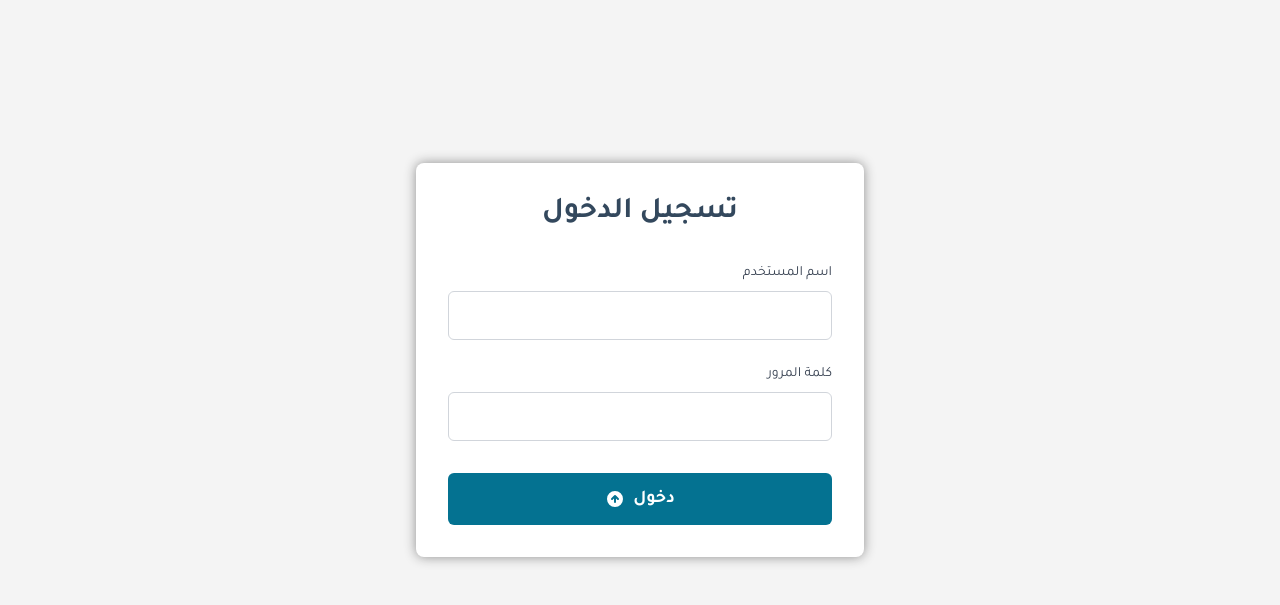
Repository: aseel99/sunduqi
Page: / (app in sunduqi-frontend/)
These files come from the project's save history. The page is drawn as it stood at one moment and after the next save; the edit follows.
The browser window is 1280 px wide. The pictures show the whole page.
The project was rebuilt for these pictures with package versions that can differ from the ones it lists, and the page was loaded fresh each time. Also part of the build but not shown: sunduqi-frontend/vite.config.js, sunduqi-frontend/src/pages/NotFound.jsx, sunduqi-frontend/src/pages/Dashboard.jsx, sunduqi-frontend/src/pages/Opening.jsx, sunduqi-frontend/src/pages/ChooseVoucher.jsx, sunduqi-frontend/src/pages/Receipt.jsx, sunduqi-frontend/src/pages/Disbursement.jsx, sunduqi-frontend/src/pages/VoucherDetails.jsx and 12 more.

Above is the page before, as saved 2025-06-16 00:58:34.

### sunduqi-frontend/index.html
<!doctype html>
<html lang="en">
  <head>
    <meta charset="UTF-8" />
    <link rel="icon" type="image/png" href="./src/assets/eshalabi-logo.png" />
    <link href="https://fonts.googleapis.com/css2?family=Tajawal:wght@400;700&display=swap" rel="stylesheet">
    <meta name="viewport" content="width=device-width, initial-scale=1.0" />
    <title>صندوقي</title>
  </head>
  <body>
    <div id="root"></div>
    <script type="module" src="/src/main.jsx"></script>
  </body>
</html>

### sunduqi-frontend/src/main.jsx
import React from 'react';
import ReactDOM from 'react-dom/client';
import App from './App';
import { AuthProvider } from './auth/AuthContext';
import { ToastContainer } from 'react-toastify';
import 'react-toastify/dist/ReactToastify.css';
import './styles/index.css'; // Make sure this is imported

ReactDOM.createRoot(document.getElementById('root')).render(
  <React.StrictMode>
    <AuthProvider>
      <App />
      <ToastContainer position="top-right" autoClose={3000} />
    </AuthProvider>
  </React.StrictMode>
);

### sunduqi-frontend/src/App.jsx
import { BrowserRouter, Routes, Route } from 'react-router-dom';
import Login from './pages/Login';
import NotFound from './pages/NotFound';
import Dashboard from './pages/Dashboard';
import Opening from './pages/Opening';
import ChooseVoucher from './pages/ChooseVoucher';
import Receipt from './pages/Receipt';
import Disbursement from './pages/Disbursement';
import VoucherDetails from './pages/VoucherDetails';
import CashDelivery from './pages/CashDelivery';
import AdminVouchers from './pages/AdminVouchers';
import Matching from './pages/Matching';
import AdminCollection from './pages/AdminCollection';
import AdminPending from './pages/AdminPending';
import AdminSummary from './pages/AdminSummary';
import AdminFinanceSummary from './pages/AdminFinanceSummary';
import Notifications from './pages/Notifications';
import UserManagement from './pages/UserManagement';
import Layout from './components/Layout';
import PrivateRoute from './components/PrivateRoute';

function App() {
  console.log('User in App:', localStorage.getItem('user'));
  return (
    <BrowserRouter>
      <Routes>
        <Route path="/login" element={<Login />} />
        <Route path="/test" element={<div>Hello</div>} />

        {/* Protected Layout for logged-in users */}
        <Route element={<PrivateRoute />}>
          <Route element={<Layout />}>
            <Route path="/" element={<Dashboard />} />
            <Route path="/opening" element={<Opening />} />
            <Route path="/vouchers" element={<ChooseVoucher />} />
            <Route path="/receipt" element={<Receipt />} />
            <Route path="/receipt/:id" element={<VoucherDetails />} />
            <Route path="/disbursement" element={<Disbursement />} />
            <Route path="/disbursement/:id" element={<VoucherDetails />} />
            <Route path="/cash-delivery" element={<CashDelivery />} />
            <Route path="/matching" element={<Matching />} />
            <Route path="/notifications" element={<Notifications />} />

            {/* Admin-only routes */}
            <Route element={<PrivateRoute allowedRoles={["admin"]} />}>
              <Route path="/admin/vouchers" element={<AdminVouchers />} />
              <Route path="/admin/collection" element={<AdminCollection />} />
              <Route path="/admin/matching" element={<Matching />} />
              <Route path="/admin/finance-summary" element={<AdminFinanceSummary />} /> {/* ملخص المقبوضات والمصروفات */}
              <Route path="/admin/pending" element={<AdminPending />} />
              <Route path="/admin/users" element={<UserManagement />} />
              <Route path="/admin/summary" element={<AdminSummary />} />
            </Route>
          </Route>
        </Route>

        <Route path="*" element={<NotFound />} />
      </Routes>
    </BrowserRouter>
  );
}

export default App;

### sunduqi-frontend/src/auth/AuthContext.jsx
import { createContext, useContext, useState, useEffect } from 'react';

const AuthContext = createContext();

export function AuthProvider({ children }) {
  const [user, setUser] = useState(() => {
    const saved = localStorage.getItem('user');
    return saved ? JSON.parse(saved) : null;
  });

  const login = (data) => {
    setUser(data.user);
    localStorage.setItem('user', JSON.stringify(data.user));
    localStorage.setItem('token', data.token);
  };

  const logout = () => {
    setUser(null);
    localStorage.removeItem('user');
    localStorage.removeItem('token');
  };

  return (
    <AuthContext.Provider value={{ user, login, logout }}>
      {children}
    </AuthContext.Provider>
  );
}

export const useAuth = () => useContext(AuthContext);

### sunduqi-frontend/src/styles/index.css
@tailwind base;
@tailwind components;
@tailwind utilities;

body {
  direction: rtl;
  @apply bg-graylight text-secondary font-arabic text-sm leading-relaxed;
}

input, select, textarea {
  @apply border border-bordergray rounded px-3 py-2 bg-white focus:outline-none focus:ring-2 focus:ring-primary transition;
}

button {
  @apply font-semibold transition duration-150 ease-in-out rounded px-4 py-2;
}

.btn-primary {
  @apply bg-primary text-white hover:bg-accent;
}

.btn-secondary {
  @apply bg-gray-200 text-secondary hover:bg-gray-300;
}

.heading {
  @apply text-lg font-bold text-secondary mb-2;
}

.card {
  @apply bg-white p-4 rounded-xl shadow-card;
}

table {
  @apply w-full border text-right text-sm;
}
th {
  @apply bg-gray-100 border px-2 py-2 text-secondary;
}
td {
  @apply border px-2 py-2;
}
tr:hover {
  @apply bg-gray-50;
}

### sunduqi-frontend/src/pages/Login.jsx
import { useState } from 'react';
import { useNavigate } from 'react-router-dom';
import { useAuth } from '../auth/AuthContext';
import axios from '../api/axios';

export default function Login() {
  // State for input fields
  const [username, setUsername] = useState('');
  const [password, setPassword] = useState('');

  // Access login function from auth context
  const { login } = useAuth();

  // Router hook for redirecting after login
  const navigate = useNavigate();

  // State to handle login errors
  const [error, setError] = useState('');

  // Handle login form submission
  const handleLogin = async (e) => {
    e.preventDefault();
    setError('');

    try {
      const res = await axios.post('/auth/login', { username, password });
      login(res.data); // Save token and user
      navigate('/');   // Redirect to homepage after successful login
    } catch (err) {
      setError('فشل تسجيل الدخول. تحقق من البيانات.');
    }
  };

  return (
    <div
      className="min-h-screen flex items-center justify-center bg-[#f4f4f4] text-gray-900 font-[Tajawal] px-4"
      dir="rtl"
    >
      <form
        onSubmit={handleLogin}
        className="w-full max-w-md bg-white rounded-lg shadow-[0_0_12px_#8e8e8e] p-8"
      >
        {/* Title */}
        <h2 className="text-3xl font-bold mb-8 text-center text-[#33485d]">
          تسجيل الدخول
        </h2>

        {/* Error message if login fails */}
        {error && (
          <div className="mb-6 p-3 bg-red-100 text-red-700 rounded-lg text-sm flex items-center">
            <svg
              xmlns="http://www.w3.org/2000/svg"
              className="h-5 w-5 ml-2"
              viewBox="0 0 20 20"
              fill="currentColor"
            >
              <path
                fillRule="evenodd"
                d="M18 10a8 8 0 11-16 0 8 8 0 0116 0zm-7 4a1 1 0 11-2 0 1 1 0 012 0zm-1-9a1 1 0 00-1 1v4a1 1 0 102 0V6a1 1 0 00-1-1z"
                clipRule="evenodd"
              />
            </svg>
            {error}
          </div>
        )}

        {/* Username Field */}
        <div className="mb-6">
          <label className="block mb-2 text-sm font-medium text-gray-700">
            اسم المستخدم
          </label>
          <input
            type="text"
            className="w-full px-4 py-3 border border-gray-300 rounded-md focus:outline-none focus:ring-2 focus:ring-[#047291] focus:border-transparent"
            value={username}
            onChange={(e) => setUsername(e.target.value)}
            required
          />
        </div>

        {/* Password Field */}
        <div className="mb-8">
          <label className="block mb-2 text-sm font-medium text-gray-700">
            كلمة المرور
          </label>
          <input
            type="password"
            className="w-full px-4 py-3 border border-gray-300 rounded-md focus:outline-none focus:ring-2 focus:ring-[#047291] focus:border-transparent"
            value={password}
            onChange={(e) => setPassword(e.target.value)}
            required
          />
        </div>

        {/* Login Button */}
        <button
          type="submit"
          className="w-full bg-[#047291] hover:bg-[#03627a] text-white font-bold py-3 px-4 rounded-md transition duration-300 flex items-center justify-center text-lg"
        >
          <span>دخول</span>
          <svg
            xmlns="http://www.w3.org/2000/svg"
            className="h-5 w-5 mr-2"
            viewBox="0 0 20 20"
            fill="currentColor"
          >
            <path
              fillRule="evenodd"
              d="M10 18a8 8 0 100-16 8 8 0 000 16zm3.707-8.707l-3-3a1 1 0 00-1.414 0l-3 3a1 1 0 001.414 1.414L9 9.414V13a1 1 0 102 0V9.414l1.293 1.293a1 1 0 001.414-1.414z"
              clipRule="evenodd"
            />
          </svg>
        </button>
      </form>
    </div>
  );
}

### sunduqi-frontend/src/components/PrivateRoute.jsx
import { Navigate, Outlet } from 'react-router-dom';
import { useAuth } from '../auth/AuthContext';

export default function PrivateRoute({ allowedRoles = [] }) {
  const { user } = useAuth();
  console.log('PrivateRoute: user =', user);

  if (!user) return <Navigate to="/login" replace />;
  if (allowedRoles.length > 0 && !allowedRoles.includes(user.role)) {
    return <Navigate to="/" replace />;
  }

  return <Outlet />;
}

### sunduqi-frontend/src/api/axios.js
import axios from 'axios';

const instance = axios.create({
  baseURL: 'http://localhost:3001/api',
  withCredentials: true
});

// Attach token
instance.interceptors.request.use((config) => {
  const token = localStorage.getItem('token');
  if (token) {
    config.headers.Authorization = `Bearer ${token}`;
  }
  return config;
});

export default instance;

### sunduqi-frontend/tailwind.config.js
/** @type {import('tailwindcss').Config} */
module.exports = {
  content: [
    './index.html',
    './src/**/*.{js,jsx,ts,tsx}',
  ],
  theme: {
    extend: {
      colors: {
        primary: '#F5C700',         // الأصفر المميز لشعار eshalabi
        secondary: '#333333',       // رمادي داكن للنصوص
        accent: '#E5B600',          // لون أصفر أغمق للـ hover
        graylight: '#F9FAFB',       // خلفية ناعمة جداً
        bordergray: '#E5E7EB',      // لون للحدود والفواصل
        muted: '#9CA3AF',           // رمادي للنصوص الثانوية
        danger: '#EF4444',          // أحمر للتنبيهات
        success: '#10B981',         // أخضر للحالات الناجحة
      },
      fontFamily: {
        arabic: ['Tajawal', 'sans-serif'],
      },
      boxShadow: {
        card: '0 1px 3px rgba(0,0,0,0.05), 0 4px 6px rgba(0,0,0,0.1)',
      },
      borderRadius: {
        xl: '1rem',
      },
    },
  },
  plugins: [],
}

After the next save:
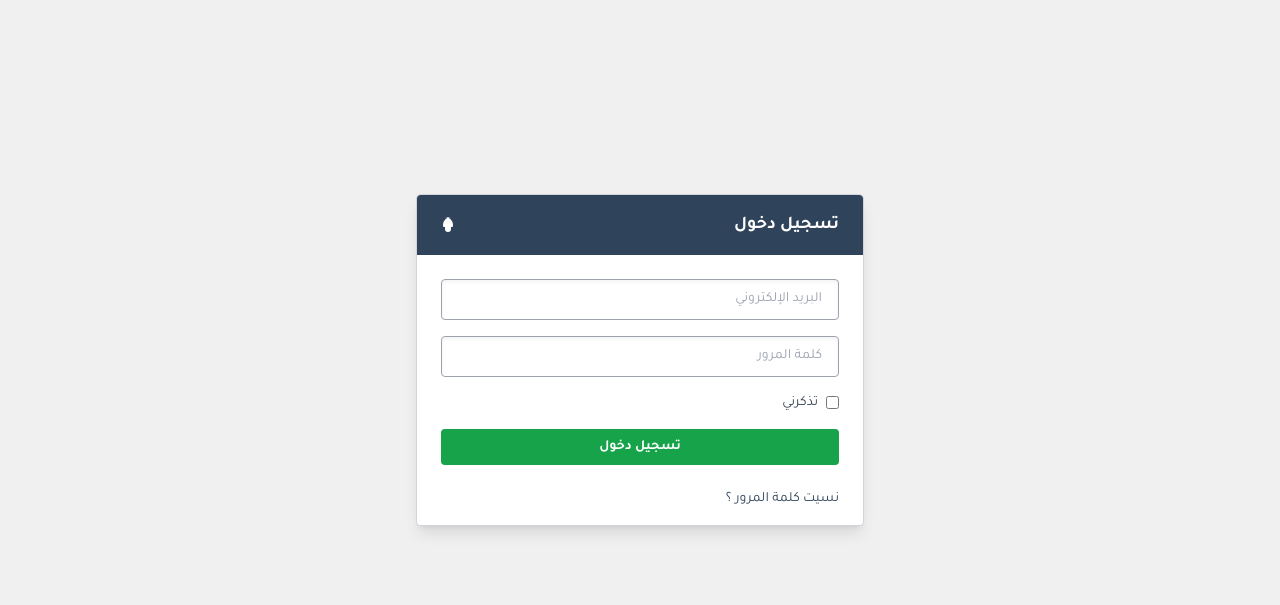
Saved 3 min 12 s later.
--- a/sunduqi-frontend/src/pages/Login.jsx
+++ b/sunduqi-frontend/src/pages/Login.jsx
@@ -4,113 +4,91 @@ import { useAuth } from '../auth/AuthContext';
 import axios from '../api/axios';
 
 export default function Login() {
-  // State for input fields
   const [username, setUsername] = useState('');
   const [password, setPassword] = useState('');
-
-  // Access login function from auth context
   const { login } = useAuth();
-
-  // Router hook for redirecting after login
   const navigate = useNavigate();
-
-  // State to handle login errors
   const [error, setError] = useState('');
 
-  // Handle login form submission
   const handleLogin = async (e) => {
     e.preventDefault();
     setError('');
 
     try {
       const res = await axios.post('/auth/login', { username, password });
-      login(res.data); // Save token and user
-      navigate('/');   // Redirect to homepage after successful login
-    } catch (err) {
+      login(res.data);
+      navigate('/');
+    } catch {
       setError('فشل تسجيل الدخول. تحقق من البيانات.');
     }
   };
 
   return (
-    <div
-      className="min-h-screen flex items-center justify-center bg-[#f4f4f4] text-gray-900 font-[Tajawal] px-4"
-      dir="rtl"
-    >
+    <div className="min-h-screen bg-[#f0f0f0] flex items-center justify-center font-[Tajawal]" dir="rtl">
       <form
         onSubmit={handleLogin}
-        className="w-full max-w-md bg-white rounded-lg shadow-[0_0_12px_#8e8e8e] p-8"
+        className="w-full max-w-md bg-white rounded shadow-lg border border-gray-300"
       >
-        {/* Title */}
-        <h2 className="text-3xl font-bold mb-8 text-center text-[#33485d]">
-          تسجيل الدخول
-        </h2>
+        {/* Top Header Bar */}
+        <div className="bg-[#2f435a] text-white px-6 py-4 rounded-t flex items-center justify-between">
+          <h2 className="text-lg font-bold">تسجيل دخول</h2>
+          <svg className="w-5 h-5 text-white" fill="currentColor" viewBox="0 0 20 20">
+            <path d="M10 2a8 8 0 00-8 8v1a1 1 0 001 1h1v2a3 3 0 006 0v-2h1a1 1 0 001-1v-1a8 8 0 00-8-8z" />
+          </svg>
+        </div>
 
-        {/* Error message if login fails */}
+        {/* Error Message */}
         {error && (
-          <div className="mb-6 p-3 bg-red-100 text-red-700 rounded-lg text-sm flex items-center">
-            <svg
-              xmlns="http://www.w3.org/2000/svg"
-              className="h-5 w-5 ml-2"
-              viewBox="0 0 20 20"
-              fill="currentColor"
-            >
-              <path
-                fillRule="evenodd"
-                d="M18 10a8 8 0 11-16 0 8 8 0 0116 0zm-7 4a1 1 0 11-2 0 1 1 0 012 0zm-1-9a1 1 0 00-1 1v4a1 1 0 102 0V6a1 1 0 00-1-1z"
-                clipRule="evenodd"
-              />
-            </svg>
+          <div className="px-6 py-2 text-red-600 text-sm bg-red-100 border-t border-b border-red-200">
             {error}
           </div>
         )}
 
-        {/* Username Field */}
-        <div className="mb-6">
-          <label className="block mb-2 text-sm font-medium text-gray-700">
-            اسم المستخدم
-          </label>
-          <input
-            type="text"
-            className="w-full px-4 py-3 border border-gray-300 rounded-md focus:outline-none focus:ring-2 focus:ring-[#047291] focus:border-transparent"
-            value={username}
-            onChange={(e) => setUsername(e.target.value)}
-            required
-          />
+        {/* Form Fields */}
+        <div className="px-6 py-6 space-y-4">
+          <div>
+            <input
+              type="text"
+              placeholder="البريد الإلكتروني"
+              value={username}
+              onChange={(e) => setUsername(e.target.value)}
+              className="w-full px-4 py-2 border border-gray-400 rounded focus:outline-none focus:ring-2 focus:ring-[#2f435a] shadow-inner"
+              required
+            />
+          </div>
+
+          <div>
+            <input
+              type="password"
+              placeholder="كلمة المرور"
+              value={password}
+              onChange={(e) => setPassword(e.target.value)}
+              className="w-full px-4 py-2 border border-gray-400 rounded focus:outline-none focus:ring-2 focus:ring-[#2f435a] shadow-inner"
+              required
+            />
+          </div>
+
+          <div className="flex items-center gap-2 text-sm text-gray-700">
+            <input
+              type="checkbox"
+              id="remember"
+              className="rounded border-gray-400 focus:ring-[#2f435a]"
+            />
+            <label htmlFor="remember">تذكرني</label>
+          </div>
+
+          <button
+            type="submit"
+            className="w-full bg-green-600 hover:bg-green-700 text-white py-2 rounded font-bold text-sm transition"
+          >
+            تسجيل دخول
+          </button>
         </div>
 
-        {/* Password Field */}
-        <div className="mb-8">
-          <label className="block mb-2 text-sm font-medium text-gray-700">
-            كلمة المرور
-          </label>
-          <input
-            type="password"
-            className="w-full px-4 py-3 border border-gray-300 rounded-md focus:outline-none focus:ring-2 focus:ring-[#047291] focus:border-transparent"
-            value={password}
-            onChange={(e) => setPassword(e.target.value)}
-            required
-          />
+        {/* Forgot Password */}
+        <div className="px-6 pb-4 text-sm text-right">
+          <a href="#" className="text-[#2f435a] hover:underline">نسيت كلمة المرور ؟</a>
         </div>
-
-        {/* Login Button */}
-        <button
-          type="submit"
-          className="w-full bg-[#047291] hover:bg-[#03627a] text-white font-bold py-3 px-4 rounded-md transition duration-300 flex items-center justify-center text-lg"
-        >
-          <span>دخول</span>
-          <svg
-            xmlns="http://www.w3.org/2000/svg"
-            className="h-5 w-5 mr-2"
-            viewBox="0 0 20 20"
-            fill="currentColor"
-          >
-            <path
-              fillRule="evenodd"
-              d="M10 18a8 8 0 100-16 8 8 0 000 16zm3.707-8.707l-3-3a1 1 0 00-1.414 0l-3 3a1 1 0 001.414 1.414L9 9.414V13a1 1 0 102 0V9.414l1.293 1.293a1 1 0 001.414-1.414z"
-              clipRule="evenodd"
-            />
-          </svg>
-        </button>
       </form>
     </div>
   );
